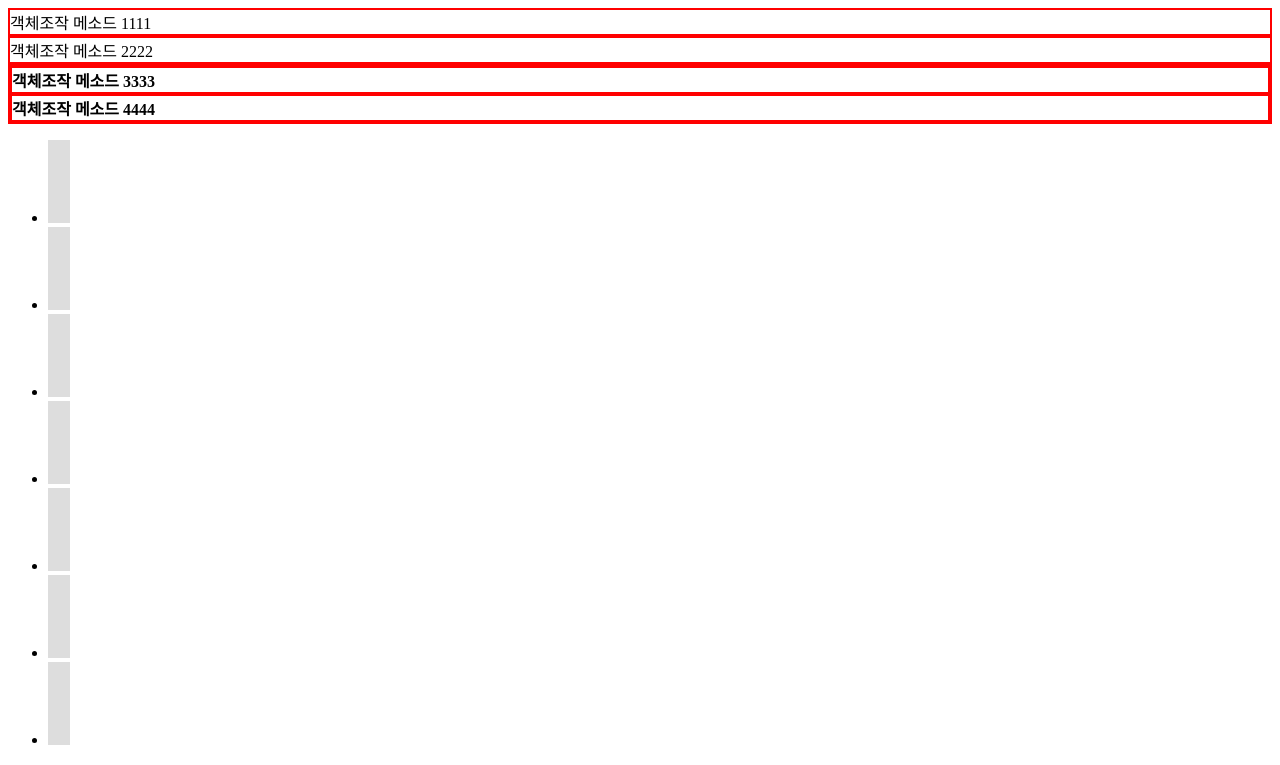
Repository: KangSuA/JSP
Page: webApp/src/main/webapp/jquery/jq06_object.html
An editor plug-in stored every save of this project. The page is shown before and after the next save, followed by the edit.
The browser window is 1280 px wide. The pictures show the whole page.

Above is the page before, as saved 2023-02-14 06:50:28.

### webApp/src/main/webapp/jquery/jq06_object.html
<!DOCTYPE html>
<html>
<head>
<meta charset="UTF-8">
<title>Insert title here</title>
<script src="https://cdnjs.cloudflare.com/ajax/libs/jquery/3.6.3/jquery.min.js" ></script>
<style>
	div{border:2px solid red; marign:5px;}
</style>
<script>
	$(function(){
		//객체 감싸기
		//wrap() : 선택자를 특정 태그로 각각 감쌈
		$('.c1').wrap('<h1/>');
		//wrapAll() : 선택자를 특정태그로 한번에 감쌈
		$('.c2').wrapAll('<div/>');
		//wrapInner() : 선택자의 하위를 특정 태그로 감쌈
		$('.c2').wrapInner('<b/>');
		//unwrap() : 선택자의 부모를 삭제
		$('.c1').unwrap();

		//each() : 선택한 객체를 순서대로 반복적용할 수 있는 반복문
		//$('#list>li').text("<img src='../img/bar.png'/>");
		$('#list>li').html("<img src='../img/bar.png'/>");

	});
</script>
</head>
<body>
<div class="c1">객체조작 메소드 1111</div>
<div class="c1">객체조작 메소드 2222</div>
<div class="c2">객체조작 메소드 3333</div>
<div class="c2">객체조작 메소드 4444</div>

<ul id="list">
	<li>객체조작 메소드 AAAA</li>
	<li>객체조작 메소드 BBBB</li>
	<li>객체조작 메소드 CCCC</li>
	<li>객체조작 메소드 DDDD</li>
	<li>객체조작 메소드 EEEE</li>
	<li>객체조작 메소드 FFFF</li>
	<li>객체조작 메소드 GGGG</li>
</ul>

</body>
</html>

After the next save:
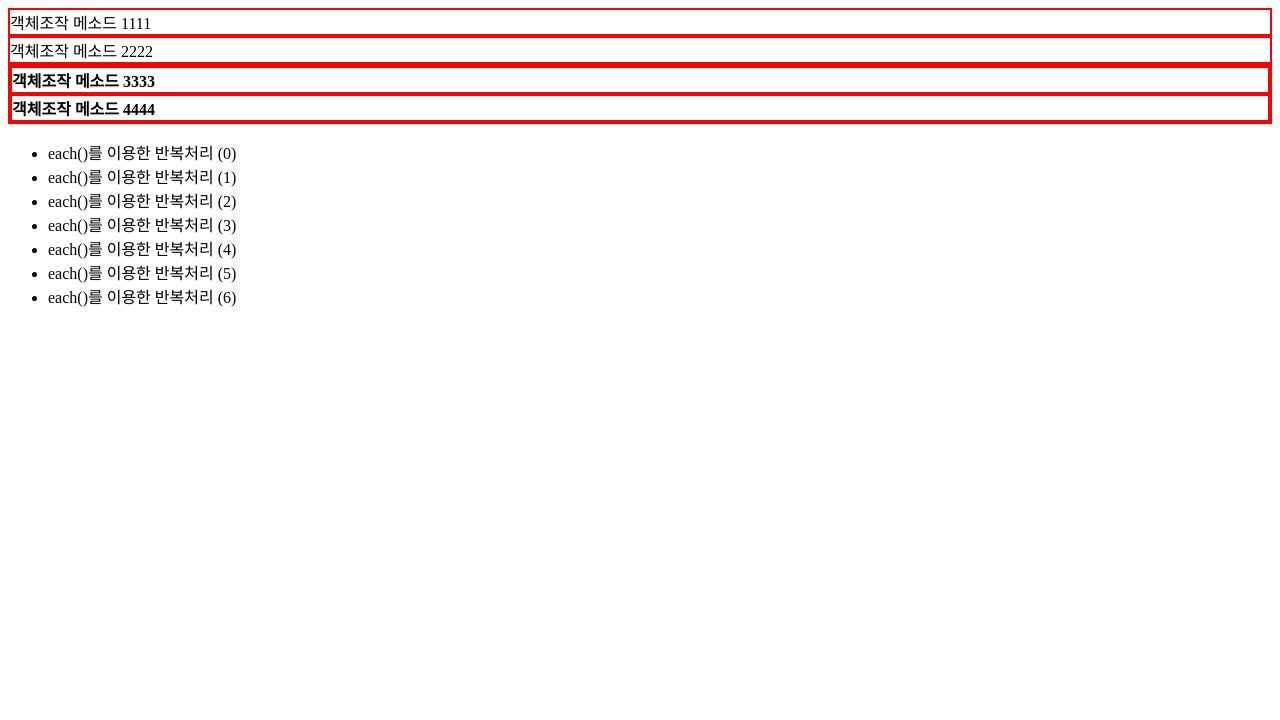
Saved 15 min 45 s later.
--- a/webApp/src/main/webapp/jquery/jq06_object.html
+++ b/webApp/src/main/webapp/jquery/jq06_object.html
@@ -21,7 +21,10 @@
 
 		//each() : 선택한 객체를 순서대로 반복적용할 수 있는 반복문
 		//$('#list>li').text("<img src='../img/bar.png'/>");
-		$('#list>li').html("<img src='../img/bar.png'/>");
+		//$('#list>li').html("<img src='../img/bar.png'/>");
+		$("#list>li").each(function(idx, obj) {
+			$(obj).html("each()를 이용한 반복처리 ("+idx+")");
+		});
 
 	});
 </script>
